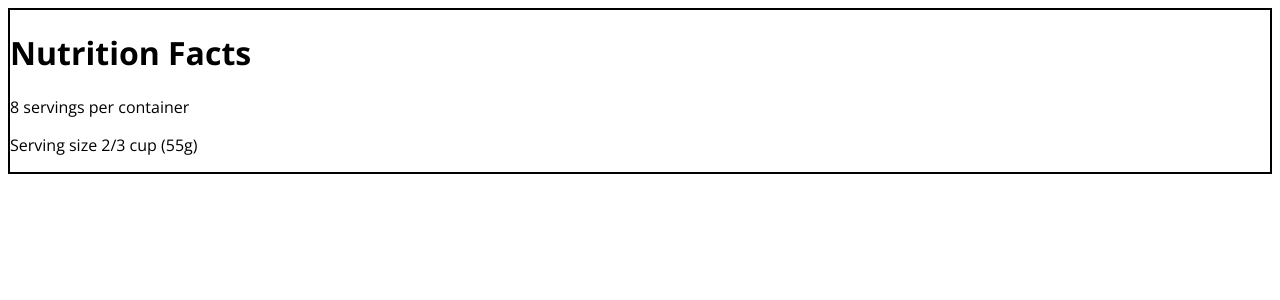
Repository: cipdanila/freeCodeCamp
Page: NutritionLabel/index.html
An editor plug-in stored every save of this project. The page is shown before and after the next save, followed by the edit.
The browser window is 1280 px wide. The pictures show the whole page.

Above is the page before, as saved 2023-10-09 19:20:12.

### NutritionLabel/index.html
<!DOCTYPE html>
<html lang="en">
<head>
    <meta charset="UTF-8">
    <meta name="viewport" content="width=device-width, initial-scale=1.0">
    <title>Nutrition Label</title>
    <link rel="stylesheet" href="https://fonts.googleapis.com/css?family=Open+Sans:400,700,800">
    <link rel="stylesheet" href="styles.css">
</head>
<body>
    <div class="label">
        <h1>Nutrition Facts</h1>
        <p>8 servings per container</p>
        <p>Serving size 2/3 cup (55g)</p>
    </div>
</body>
</html>

### NutritionLabel/styles.css
html {
    font-size: 16px;
}

body {
    font-family: "Open Sans", sans-serif;
}

.label {
    border: 2px solid black;
}

After the next save:
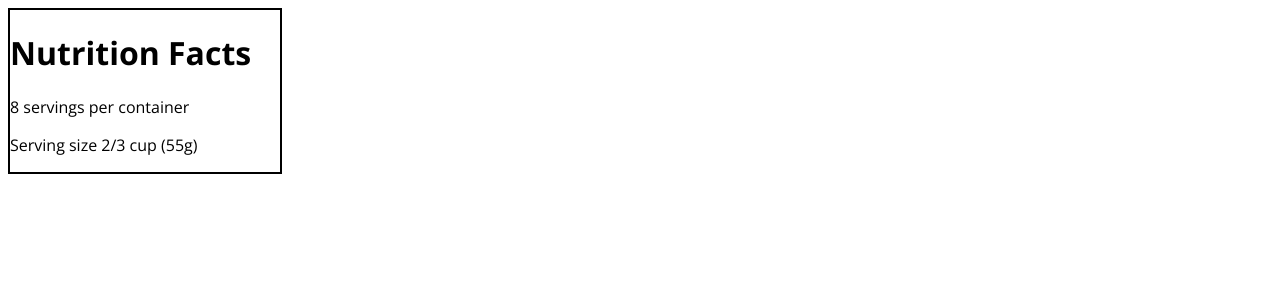
Saved 42 s later.
--- a/NutritionLabel/styles.css
+++ b/NutritionLabel/styles.css
@@ -8,4 +8,5 @@
 
 .label {
     border: 2px solid black;
+    width: 270px;
 }
